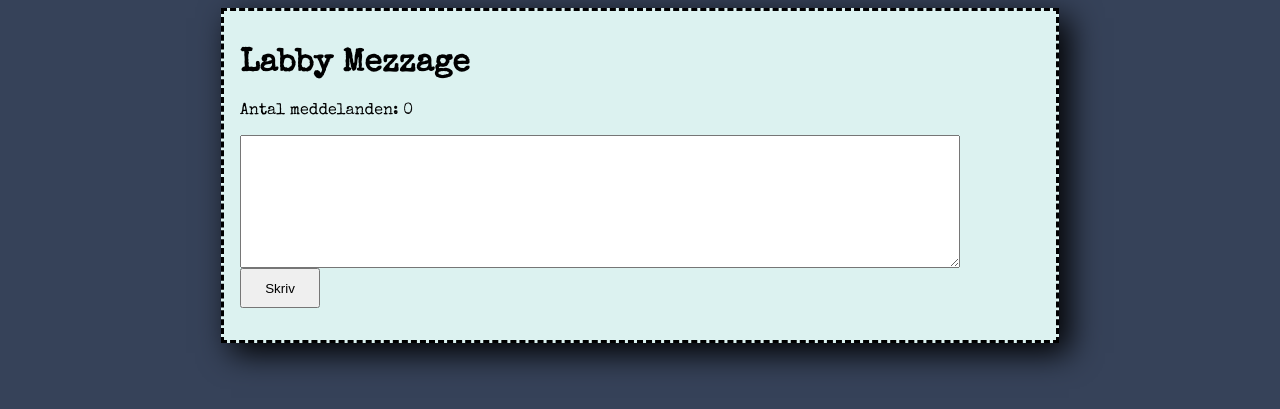
Repository: LindaOtt/1dv403-lo222hd-laborationer
Page: 2-labbymezzage/message.html
The author's editor kept a record of every edit. The page is drawn from the files as they stood at one moment, then again after the next edit.
The browser window is 1280 px wide. The pictures show the whole page.

Above is the page before.

After the next edit:
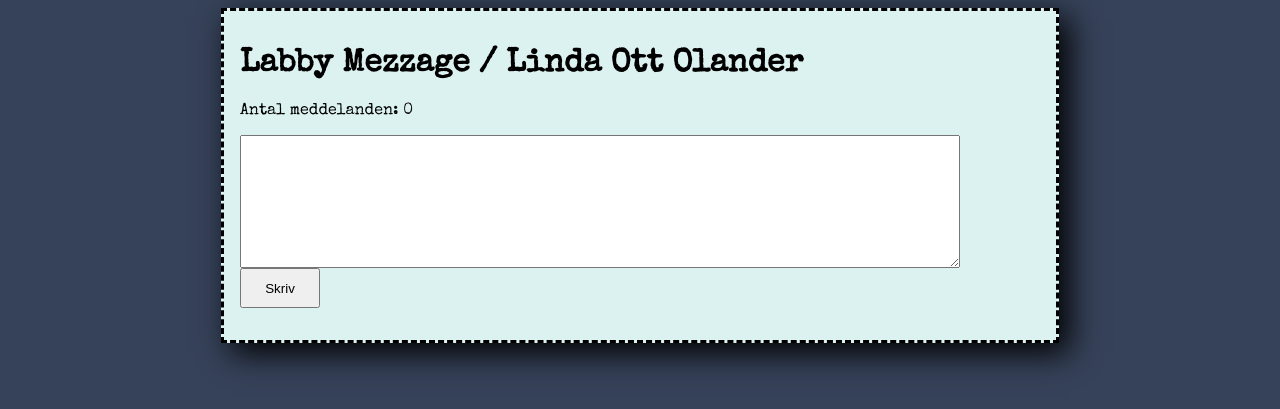
The edit:
--- a/2-labbymezzage/message.html
+++ b/2-labbymezzage/message.html
@@ -9,7 +9,7 @@
 </head>
 <body>
     <div id="content">
-        <h1>Labby Mezzage</h1>
+        <h1>Labby Mezzage / Linda Ott Olander</h1>
         <p>Antal meddelanden: <span id="number-messages">0</span></p>
 
         <form action="" onsubmit="return false">
